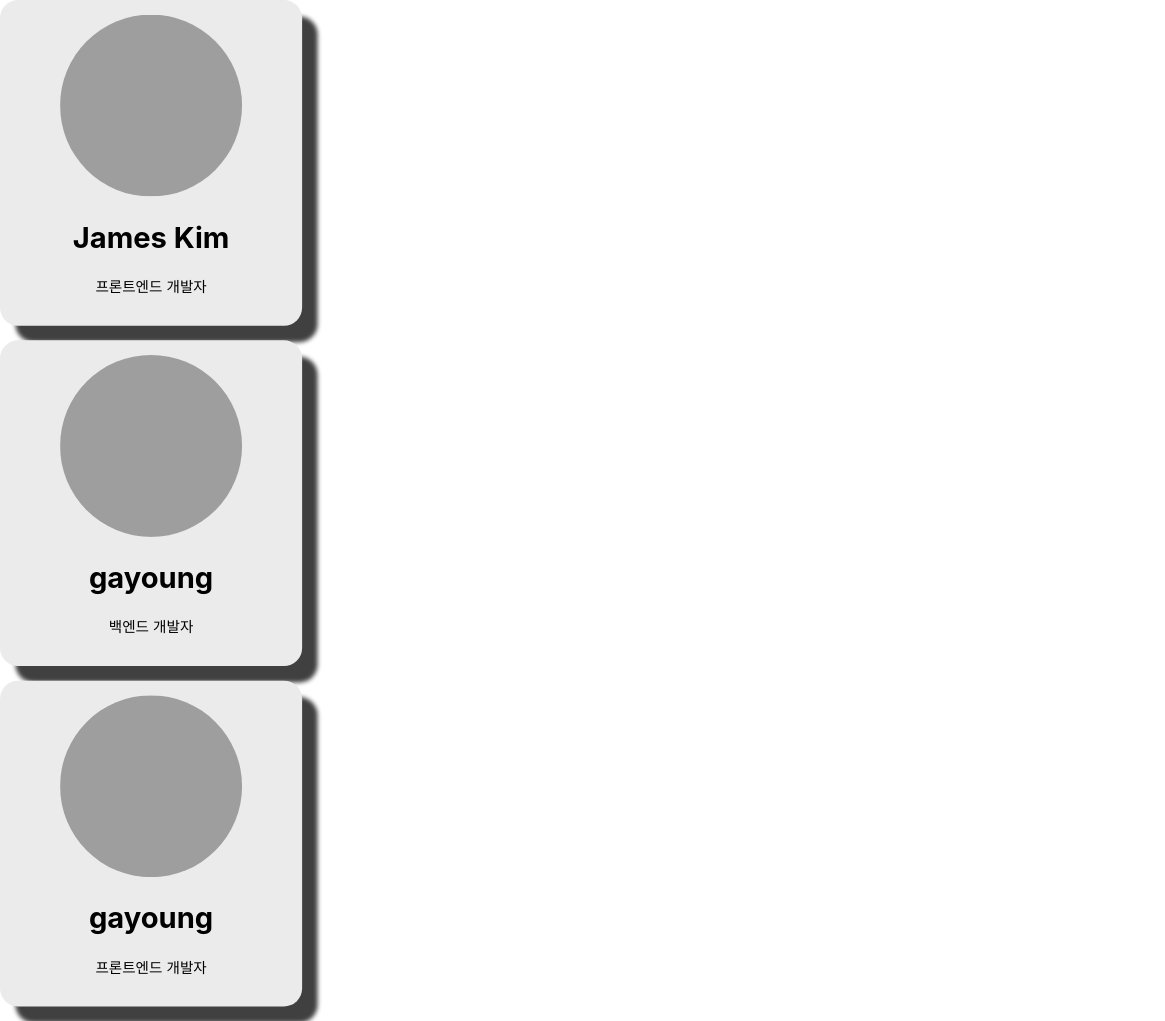
Repository: Yugayoung/css-example
Page: / (app in react/basic/)
An editor plug-in stored every save of this project. The page is shown before and after the next save, followed by the edit.
The browser window is 1280 px wide. The pictures show the whole page, at 91% of full size.
Pictures or frames that could not be fetched are drawn as grey boxes. The project was rebuilt for these pictures with package versions that can differ from the ones it lists, and the page was loaded fresh each time.

Above is the page before, as saved 2023-12-19 11:42:59.

### react/basic/src/index.js
import React from 'react';
import ReactDOM from 'react-dom/client';
import './index.css';
import reportWebVitals from './reportWebVitals';
import AppProfile from './AppProfile';

const root = ReactDOM.createRoot(document.getElementById('root'));
root.render(
  <React.StrictMode>
    <AppProfile />
  </React.StrictMode>
);

// If you want to start measuring performance in your app, pass a function
// to log results (for example: reportWebVitals(console.log))
// or send to an analytics endpoint. Learn more: https://bit.ly/CRA-vitals
reportWebVitals();

### react/basic/src/AppProfile.jsx
import Profile from './components/Profile';
import './App.css';

export default function AppProfile() {
  return (
    <>
      <Profile
        image='https://images.unsplash.com/photo-1580489944761-15a19d654956?ixlib=rb-1.2.1&ixid=MnwxMjA3fDB8MHxwaG90by1wYWdlfHx8fGVufDB8fHx8&auto=format&fit=crop&w=922&q=80'
        name='James Kim'
        title='프론트엔드 개발자'
      />
      <Profile
        image='https://images.unsplash.com/photo-1633332755192-727a05c4013d?ixlib=rb-1.2.1&ixid=MnwxMjA3fDB8MHxwaG90by1wYWdlfHx8fGVufDB8fHx8&auto=format&fit=crop&w=1160&q=80'
        name='gayoung'
        title='백엔드 개발자'
      />
      <Profile
        image='https://images.unsplash.com/photo-1633332755192-727a05c4013d?ixlib=rb-1.2.1&ixid=MnwxMjA3fDB8MHxwaG90by1wYWdlfHx8fGVufDB8fHx8&auto=format&fit=crop&w=1160&q=80'
        name='gayoung'
        title='프론트엔드 개발자'
      />
    </>
  );
}

### react/basic/src/components/Profile.jsx
import React from 'react';

export default function Profile({ image, name, title }) {
  return (
    <div className='profile'>
      <img className='photo' src={image} alt='avatar' />
      <h1>{name}</h1>
      <p>{title}</p>
    </div>
  );
}

### react/basic/src/App.css
.orange {
  color: orange;
}

.profile {
  width: 300px;
  text-align: center;
  padding: 1rem;
  background-color: #ebebeb;
  border-radius: 20px;
  margin-bottom: 1rem;
  box-shadow: 17px 18px 5px 0px rgba(0, 0, 0, 0.75);
  -webkit-box-shadow: 17px 18px 5px 0px rgba(0, 0, 0, 0.75);
  -moz-box-shadow: 17px 18px 5px 0px rgba(0, 0, 0, 0.75);
}

.photo {
  width: 200px;
  height: 200px;
  border-radius: 100%;
}

Loaded but not shown: react/basic/public/index.html (common file); react/basic/src/index.css (common file); react/basic/src/reportWebVitals.js (common file)

After the next save:
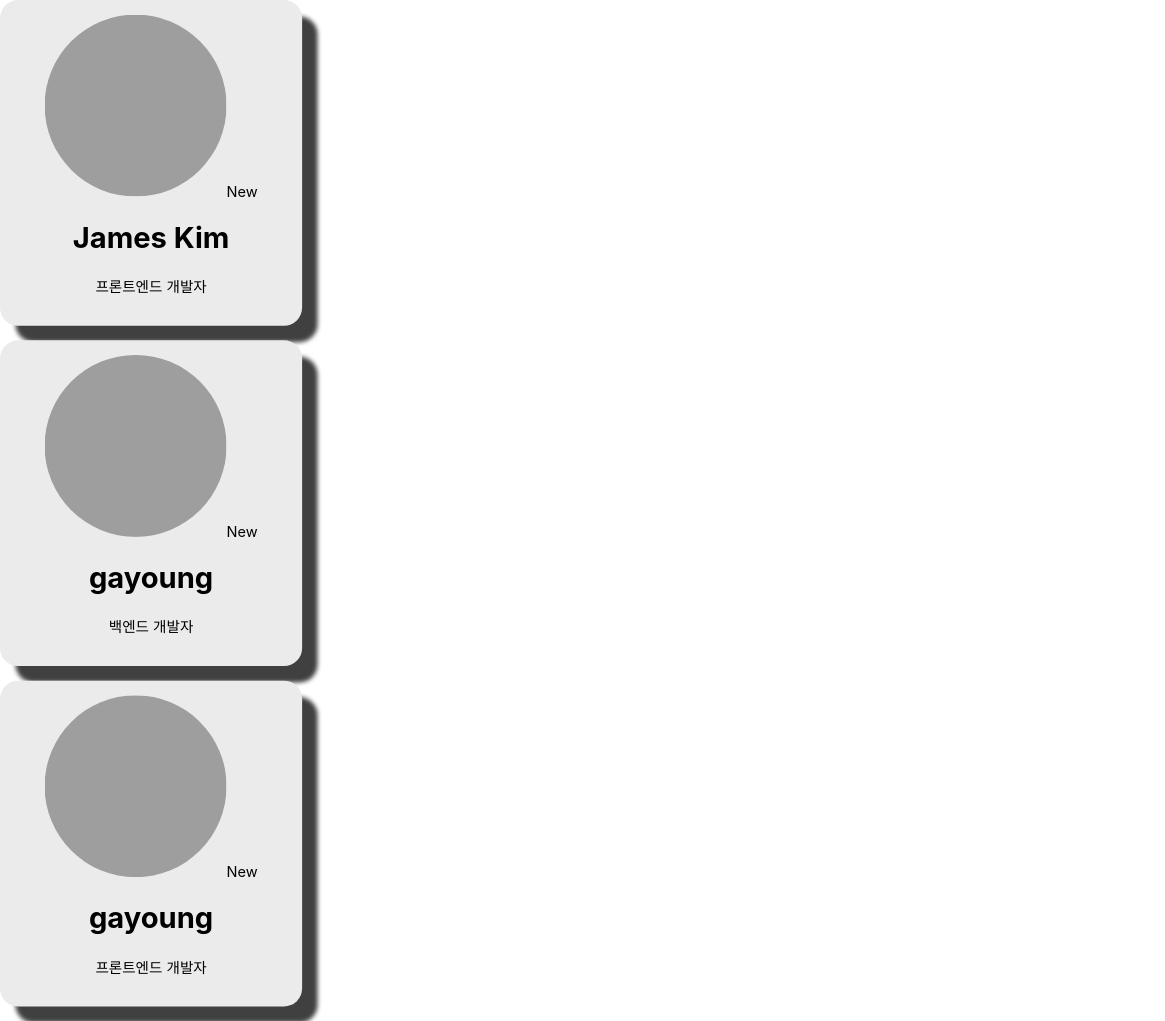
Saved 5 min 12 s later.
--- a/react/basic/src/components/Profile.jsx
+++ b/react/basic/src/components/Profile.jsx
@@ -4,6 +4,7 @@ export default function Profile({ image, name, title }) {
   return (
     <div className='profile'>
       <img className='photo' src={image} alt='avatar' />
+      <span className='new'>New</span>
       <h1>{name}</h1>
       <p>{title}</p>
     </div>

After the save that followed:
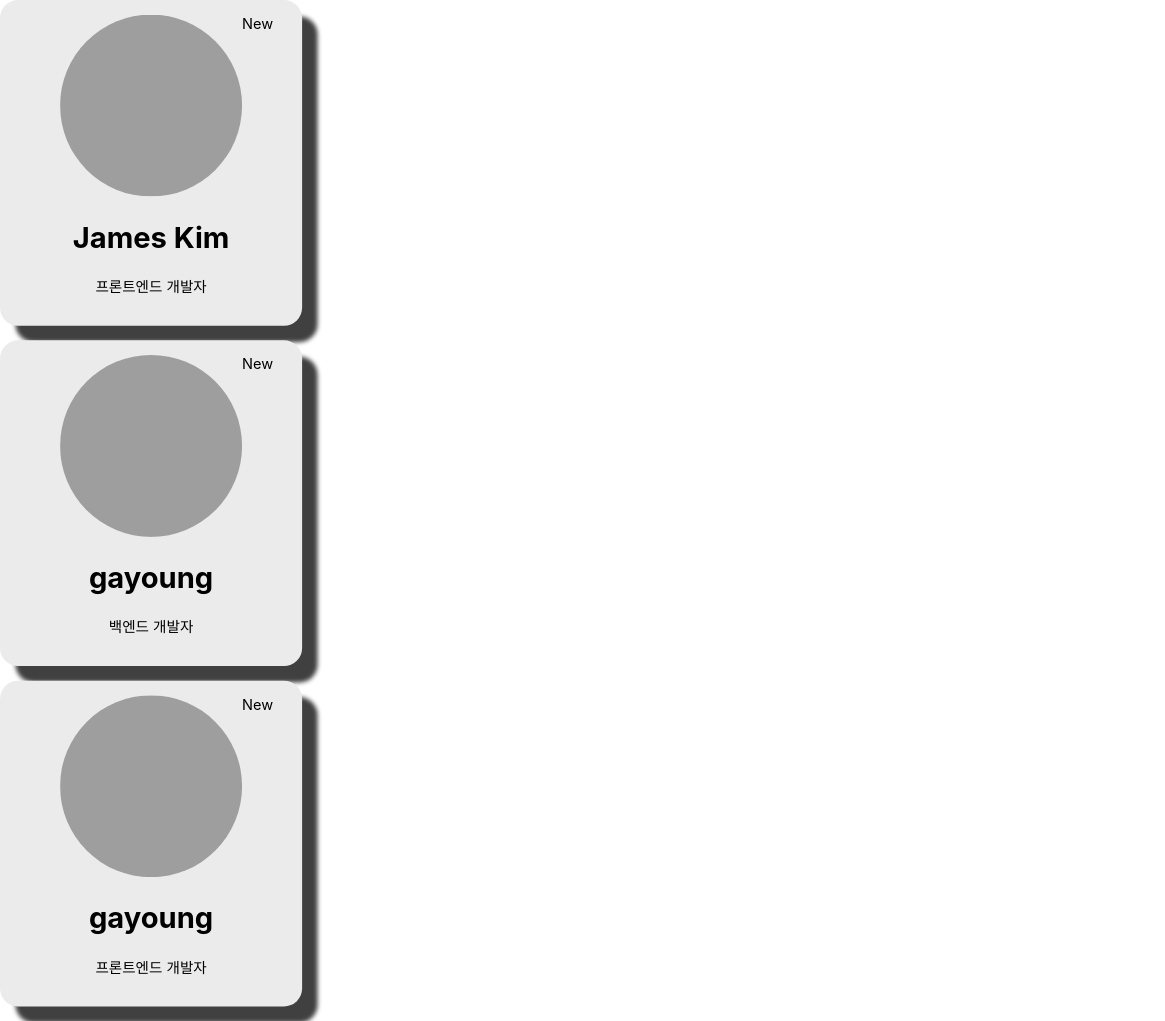
Saved 41 s later.
--- a/react/basic/src/App.css
+++ b/react/basic/src/App.css
@@ -3,6 +3,7 @@
 }
 
 .profile {
+  position: relative;
   width: 300px;
   text-align: center;
   padding: 1rem;
@@ -19,3 +20,7 @@
   height: 200px;
   border-radius: 100%;
 }
+
+.new {
+  position: absolute;
+}
